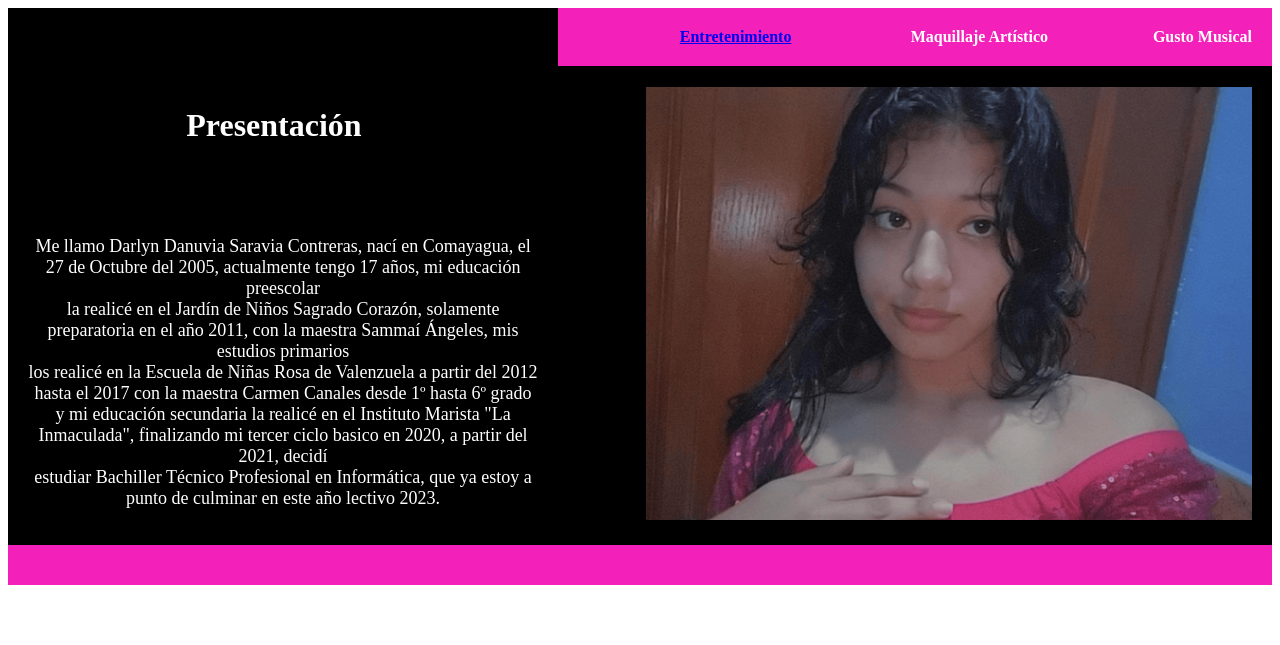
Repository: darlyn-saravia27/portafolio-darlynsaravia
Page: archivoshtml/index.html
These files come from the project's save history. The page is drawn as it stood at one moment and after the next save; the edit follows.
The browser window is 1280 px wide. The pictures show the whole page.

Above is the page before, as saved 2023-03-04 23:59:42.

### archivoshtml/index.html
<!DOCTYPE html>
<html lang="en">
<head>
    <meta charset="UTF-8">
    <meta http-equiv="X-UA-Compatible" content="IE=edge">
    <meta name="viewport" content="width=device-width, initial-scale=1.0">
    <title>Mi Portafolio Web</title>
</head>
<body>
    <table align="center" cellspacing="0" cellpadding="20%" width="100%">
    <tr align="center" bgcolor="black">
        <td>-----------------------------------------------------------------------------------</td>
        <td align="right" bgcolor="F321BA"><font color="white"><strong><a href="entretenimiento.html">Entretenimiento
        </strong></font></td>
        <td align="right" bgcolor="F321BA"><font color="white"><strong>Maquillaje Artístico</strong></font></td>
        <td align="right" bgcolor="F321BA"><font color="white"><strong>Gusto Musical</strong></font></td>
    </tr>
    <tr bgcolor="#000000">
        <td align="center">
            <h1><font color="white">Presentación</font>></h1>
            <br>
            <br>
            <br>
            <p><font color="white" size="4"> Me llamo Darlyn Danuvia Saravia Contreras, nací en Comayagua,
                el 27 de Octubre del 2005, actualmente tengo 17 años, mi educación preescolar <br>la realicé
                en el Jardín de Niños Sagrado Corazón, solamente preparatoria en el año 2011,
                con la maestra Sammaí Ángeles, mis estudios primarios <br>los realicé en la
                Escuela de Niñas Rosa de Valenzuela a partir del 2012 hasta el 2017 con
                la maestra Carmen Canales desde 1º hasta 6º grado <br>y mi educación secundaria la
                realicé en el Instituto Marista "La Inmaculada", finalizando
                mi tercer ciclo basico en 2020, a partir del 2021, decidí <br>estudiar Bachiller
                Técnico Profesional en Informática, que ya estoy a punto de culminar en este año lectivo 2023.</font>
            </p>
        </td>
        <td align="right" colspan="3">
            <img src="foto.png" alt="Darlyn Saravia" width="90%" height="90%">
        </td>
    </tr>
    <tr bgcolor="F321BA" border color="F321BA">
        <td></td>
        <td></td>
        <td></td>
        <td></td>
    </tr></tr>
</body>
</html>

After the next save:
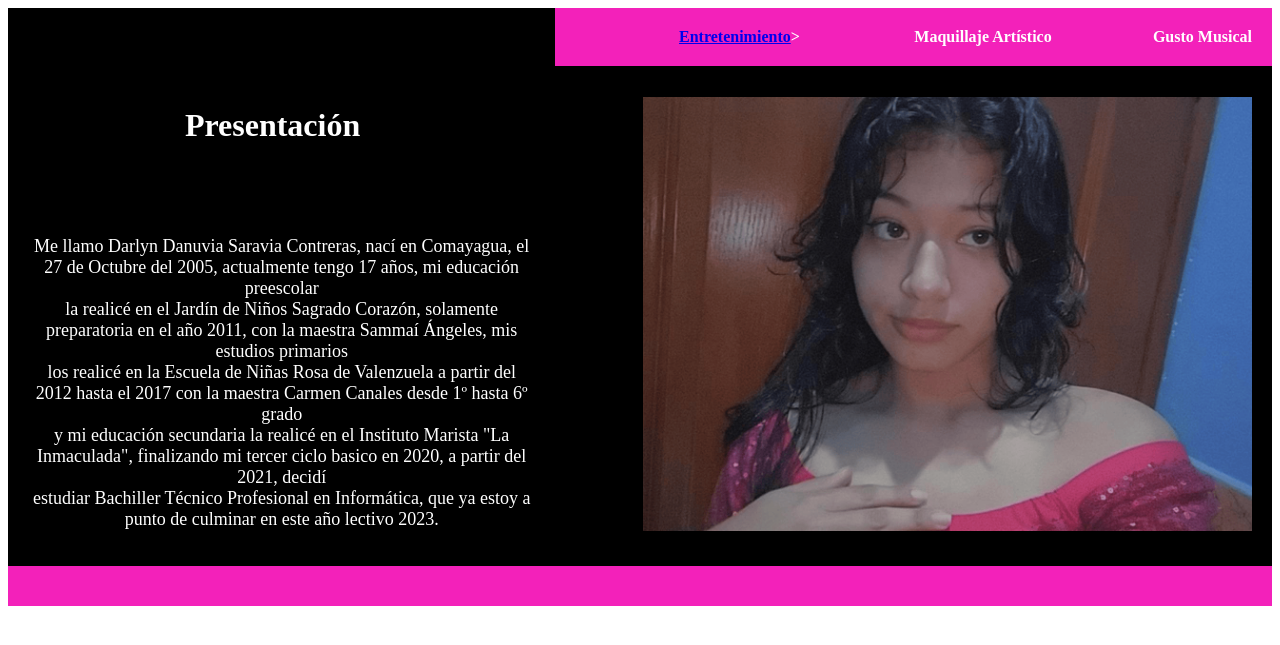
Saved 29 s later.
--- a/archivoshtml/index.html
+++ b/archivoshtml/index.html
@@ -10,8 +10,8 @@
     <table align="center" cellspacing="0" cellpadding="20%" width="100%">
     <tr align="center" bgcolor="black">
         <td>-----------------------------------------------------------------------------------</td>
-        <td align="right" bgcolor="F321BA"><font color="white"><strong><a href="entretenimiento.html">Entretenimiento
-        </strong></font></td>
+        <td align="right" bgcolor="F321BA"><font color="white"><strong><a href="entretenimiento.html">
+            Entretenimiento</a>></strong></font></td>
         <td align="right" bgcolor="F321BA"><font color="white"><strong>Maquillaje Artístico</strong></font></td>
         <td align="right" bgcolor="F321BA"><font color="white"><strong>Gusto Musical</strong></font></td>
     </tr>

After the save that followed:
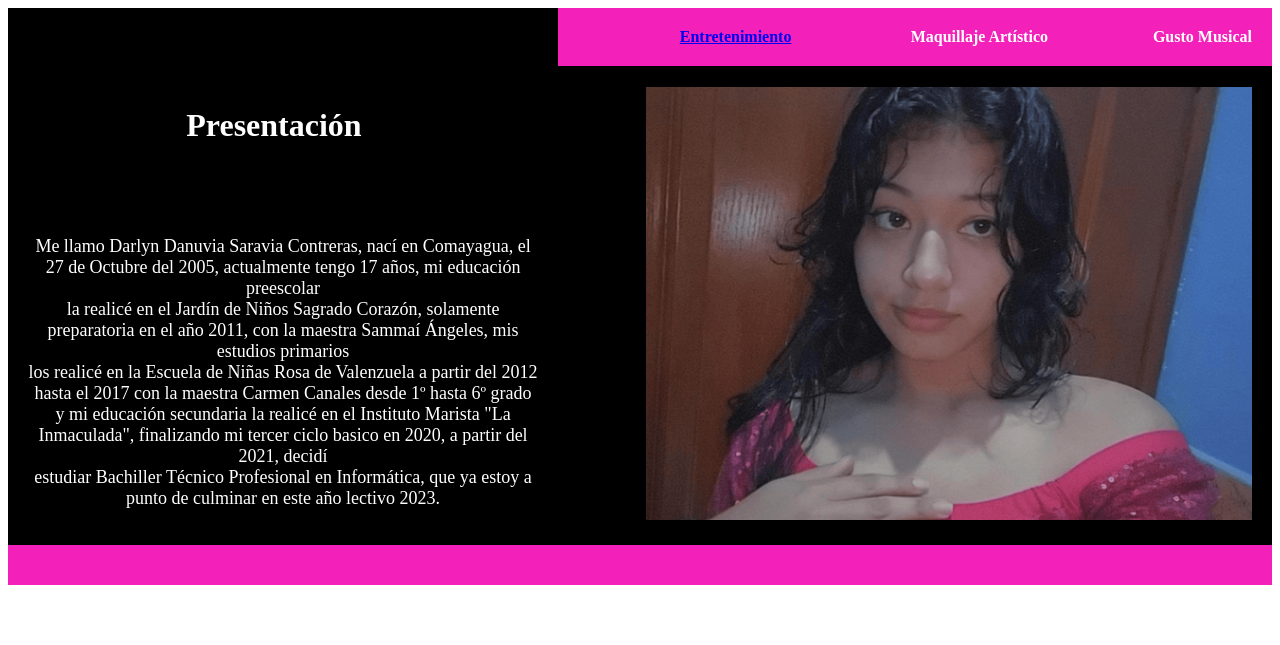
Saved 20 s later.
--- a/archivoshtml/index.html
+++ b/archivoshtml/index.html
@@ -11,7 +11,7 @@
     <tr align="center" bgcolor="black">
         <td>-----------------------------------------------------------------------------------</td>
         <td align="right" bgcolor="F321BA"><font color="white"><strong><a href="entretenimiento.html">
-            Entretenimiento</a>></strong></font></td>
+            Entretenimiento</a></strong></font></td>
         <td align="right" bgcolor="F321BA"><font color="white"><strong>Maquillaje Artístico</strong></font></td>
         <td align="right" bgcolor="F321BA"><font color="white"><strong>Gusto Musical</strong></font></td>
     </tr>
